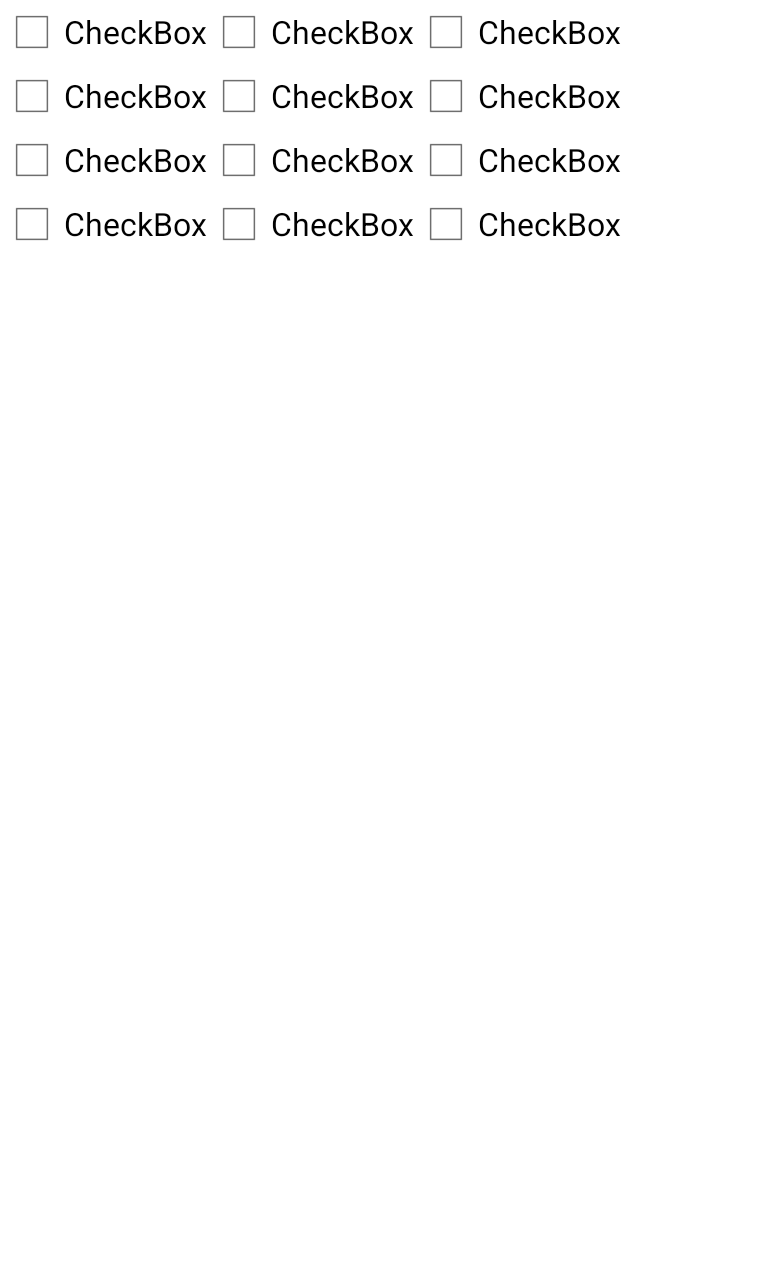
Repository: mpdehnel/seg
Layout: VectorOne/res/layout/activity_game.xml
These files come from the project's save history. The layout is drawn as it stood at one moment and after the next save; the edit follows.
It is drawn on a 768 x 1280 px phone screen (xhdpi) without system bars, with theme AppTheme; the app's code is not run.

Above is the layout before, as saved 2013-02-08 14:15:37.

### VectorOne/res/layout/activity_game.xml
<?xml version="1.0" encoding="utf-8"?>
    <LinearLayout xmlns:android="http://schemas.android.com/apk/res/android"
        android:layout_width="fill_parent"
        android:layout_height="fill_parent"
        android:orientation="horizontal" >

        <LinearLayout
            android:layout_width="wrap_content"
            android:layout_height="match_parent"
            android:orientation="vertical" >

            <CheckBox
                android:id="@+id/light1"
                android:layout_width="wrap_content"
                android:layout_height="wrap_content"
                android:text="CheckBox" />

            <CheckBox
                android:id="@+id/light2"
                android:layout_width="wrap_content"
                android:layout_height="wrap_content"
                android:text="CheckBox" />

            <CheckBox
                android:id="@+id/light3"
                android:layout_width="wrap_content"
                android:layout_height="wrap_content"
                android:text="CheckBox" />

            <CheckBox
                android:id="@+id/light4"
                android:layout_width="wrap_content"
                android:layout_height="wrap_content"
                android:text="CheckBox" />

        </LinearLayout>

        <LinearLayout
            android:layout_width="wrap_content"
            android:layout_height="match_parent"
            android:orientation="vertical" >

            <CheckBox
                android:id="@+id/light5"
                android:layout_width="wrap_content"
                android:layout_height="wrap_content"
                android:text="CheckBox" />

            <CheckBox
                android:id="@+id/light5"
                android:layout_width="wrap_content"
                android:layout_height="wrap_content"
                android:text="CheckBox" />

            <CheckBox
                android:id="@+id/light7"
                android:layout_width="wrap_content"
                android:layout_height="wrap_content"
                android:text="CheckBox" />

            <CheckBox
                android:id="@+id/light8"
                android:layout_width="wrap_content"
                android:layout_height="wrap_content"
                android:text="CheckBox" />

        </LinearLayout>

        <LinearLayout
            android:layout_width="wrap_content"
            android:layout_height="match_parent"
            android:orientation="vertical" >

            <CheckBox
                android:id="@+id/light9"
                android:layout_width="wrap_content"
                android:layout_height="wrap_content"
                android:text="CheckBox" />

            <CheckBox
                android:id="@+id/light10"
                android:layout_width="wrap_content"
                android:layout_height="wrap_content"
                android:text="CheckBox" />

            <CheckBox
                android:id="@+id/light11"
                android:layout_width="wrap_content"
                android:layout_height="wrap_content"
                android:text="CheckBox" />

            <CheckBox
                android:id="@+id/light12"
                android:layout_width="wrap_content"
                android:layout_height="wrap_content"
                android:text="CheckBox" />

        </LinearLayout>

    </LinearLayout>

### VectorOne/res/values/strings.xml
<resources>

    <string name="app_name">CacheCaptains</string>
    <string name="username">Username</string>
    <string name="button_maps">View</string>
    <string name="button_settings">Settings</string>
    <string name="button_user">Me</string>
    <string name="button_cachselect">Caches</string>
    <string name="button_login">LogIn</string>
    <string name="button_clear">Clear</string>
    <string name="button_registration">Register</string>
    <string name="lable_username">username:</string>
    <string name="lable_password">password:</string>
    <string name="question">Help</string>

    <string-array name="Cachs">
        <item>Yes</item>
        <item>No</item>
        <item>All</item>
    </string-array>
    <string-array name="Team">
        <item>My</item>
        <item>NotMine</item>
        <item>All</item>
    </string-array>
    <string-array name="Distance">
        <item>500</item>
        <item>1000</item>
        <item>2000</item>
        <item>5000</item>
        <item>10000</item>
        <item>All</item>
    </string-array>
    <string-array name="Unit">
        <item>m-km</item>
        <item>ft-mile</item>
    </string-array>
       <string-array name="sort">
        <item>name</item>
        <item>distance</item>
    </string-array>

    <string name="leer"></string>

    <string name="addnewCachebutton">AddNewCache</string>

</resources>

Loaded but not shown: VectorOne/res/values/styles.xml (common file); VectorOne/res/values-v11/styles.xml (common file); VectorOne/res/values-v14/styles.xml (common file)

After the next save:
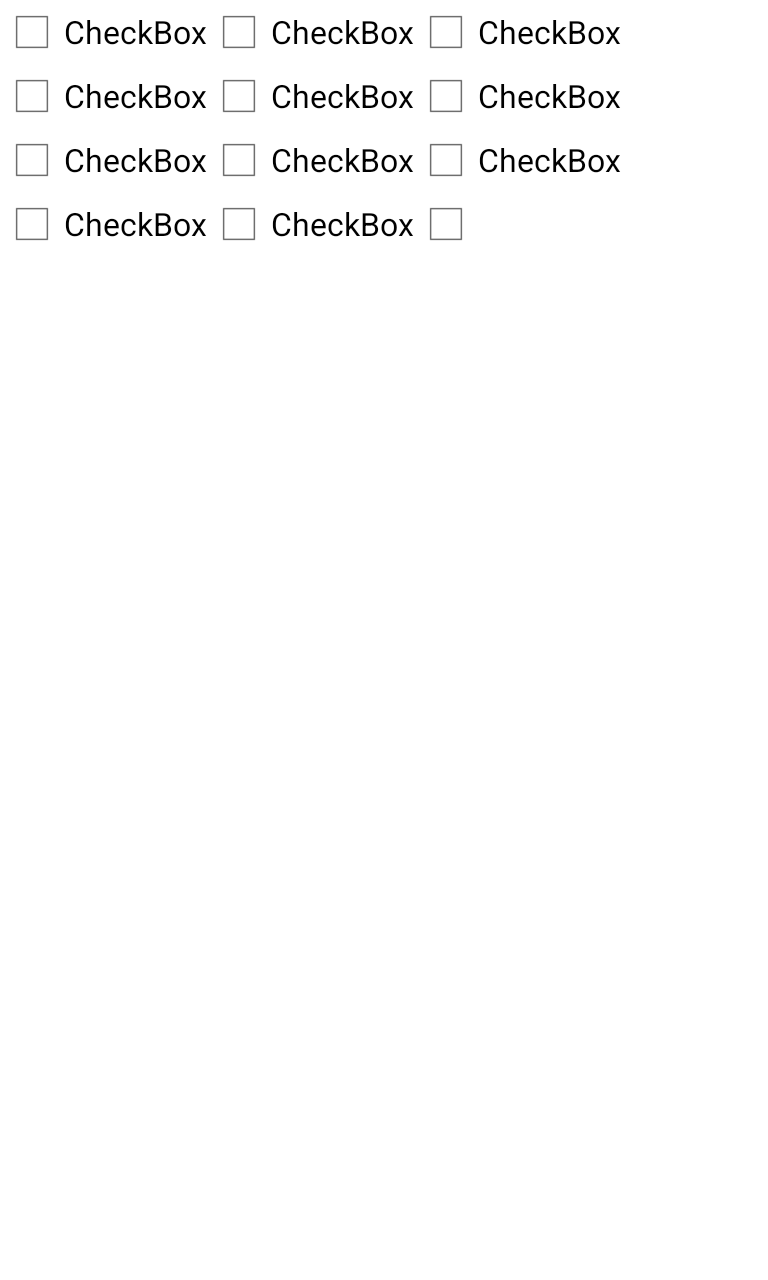
Saved 15 s later.
--- a/VectorOne/res/layout/activity_game.xml
+++ b/VectorOne/res/layout/activity_game.xml
@@ -93,7 +93,7 @@
                 android:id="@+id/light12"
                 android:layout_width="wrap_content"
                 android:layout_height="wrap_content"
-                android:text="CheckBox" />
+                android:text="@string/leer" />
 
         </LinearLayout>
 
